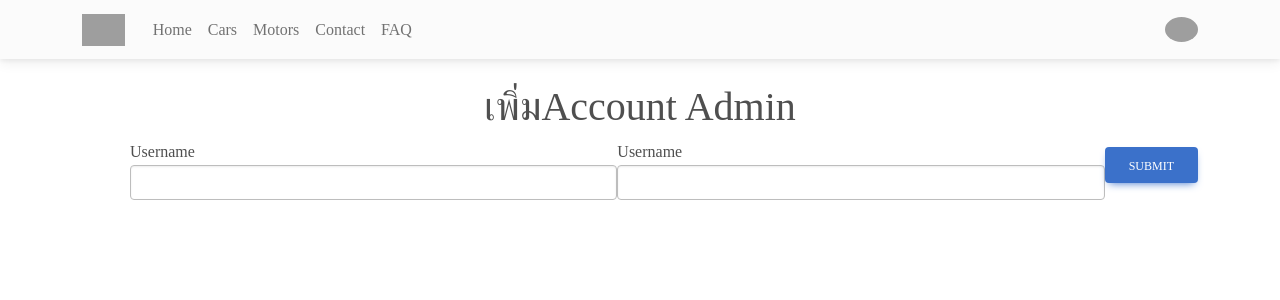
Repository: armychawakorn/Rent4U-Java
Page: http://localhost/miniproject/Admin/addusers.jsp
The author's editor kept a copy of each file at every save. The page is drawn from the files as they stood at one save, then again after a run of saves.
The browser window is 1280 px wide. The pictures show the whole page.
Pictures or frames that could not be fetched are drawn as grey boxes. Some web fonts or font styles are not loaded; a fallback is used. Some web libraries are served in a nearby version. The page is served by Tomcat 9.

Above is the page before, as saved 2023-10-28 19:47:34.

After the next 2 saves:
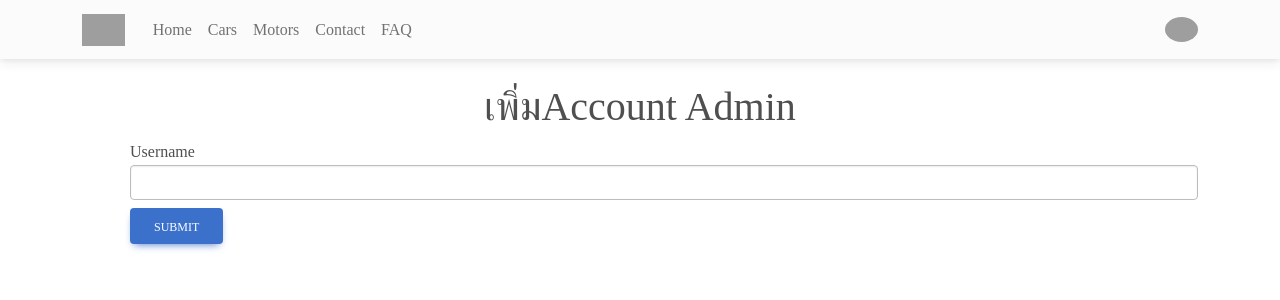
The 2 saves are shown as one change because they came seconds apart.
The last was saved 20 s later.
--- a/miniproject/src/main/webapp/Admin/addusers.jsp
+++ b/miniproject/src/main/webapp/Admin/addusers.jsp
@@ -24,12 +24,8 @@
 		<div class="pt-4 text-center">
 			<h1>เพิ่มAccount Admin</h1>
 		</div>
-		<form action="../Backend/AddUser.jsp" method="POST" class="ps-5 d-flex justify-content-center">
-			<div class="form-group w-50">
-				<label for="Customer">Username</label>
-				<input type="text" id="username" name="username" class="form-control">
-			</div>
-			<div class="form-group w-50">
+		<form action="../Backend/AddUser.jsp" method="POST" class="ps-5 ">
+			<div class="form-group">
 				<label for="Customer">Username</label>
 				<input type="text" id="username" name="username" class="form-control">
 			</div>
